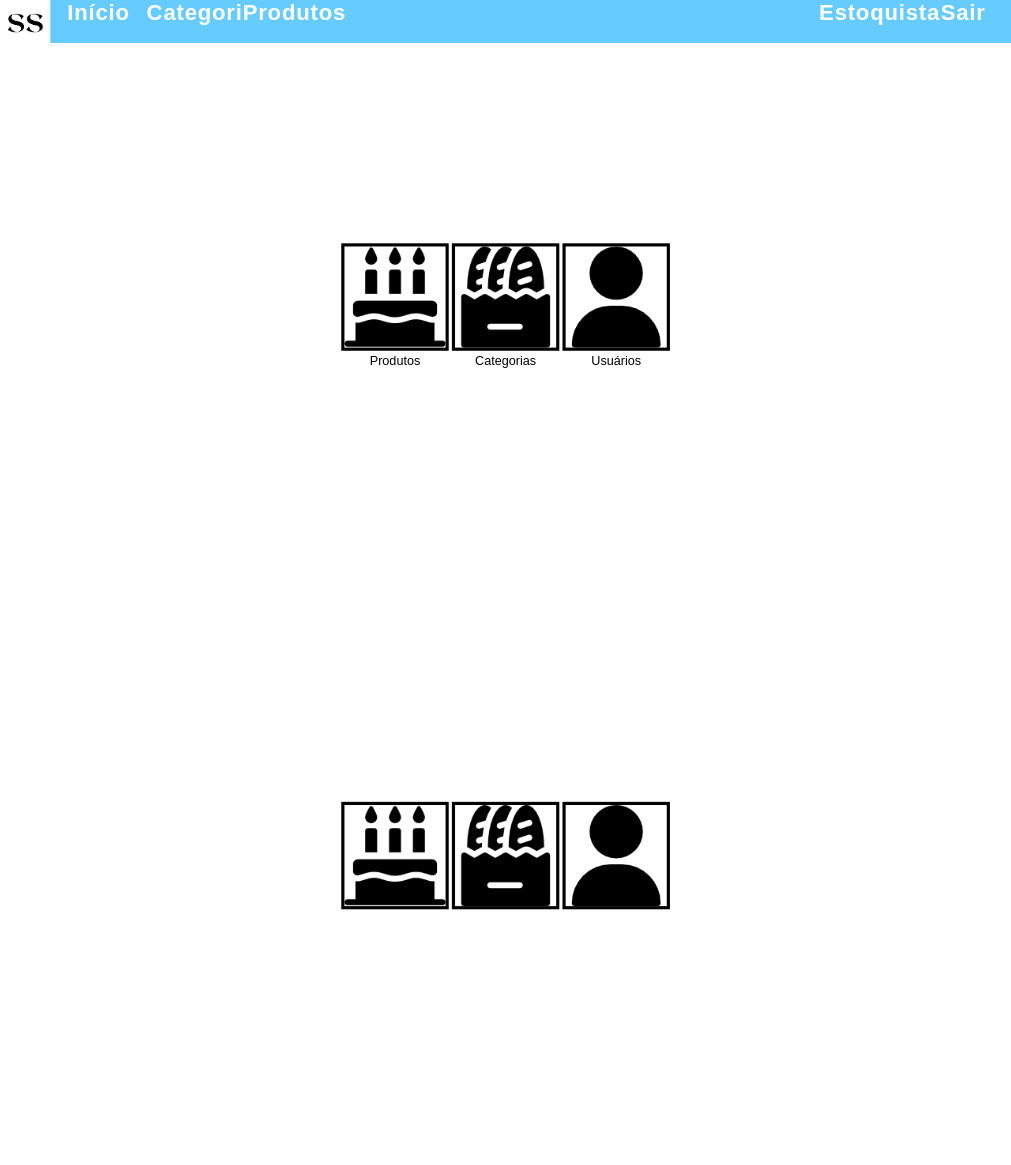
Repository: FaculdadeSenaiJoinville/PiMichelBaade
Page: ProjetoIndividual/WebContent/pages/estoquista/estoquistaInicio.html
The author's editor kept a copy of each file at every save. The page is drawn from the files as they stood at one save, then again after the next save.
The browser window is 1280 px wide. The pictures show the whole page, at 79% of full size.

Above is the page before, as saved 2021-08-19 00:58:15.

### ProjetoIndividual/WebContent/pages/estoquista/estoquistaInicio.html
<!DOCTYPE html>
<html>
<head>
<meta charset="UTF-8">
	<meta name="description" content="Site da Software dos Sonhos">
	<meta name="keywords" content="Padaria, Software, Sonhos">
	<meta name="author" content="Michel Baade">
	<meta name="viewport" content="width=device-width, initial-scale=1.0">
<title>Software dos Sonhos</title>
<link rel="stylesheet" type="text/css" href="../../css/admin.css">
<script src="https://code.jquery.com/jquery-3.6.0.min.js" integrity="sha256-/xUj+3OJU5yExlq6GSYGSHk7tPXikynS7ogEvDej/m4=" crossorigin="anonymous"></script>
<script src="../../js/estoquista.js"></script>
</head>
<body>
<header></header>



<section>
			<table class="bloco">
				<tr>
					<td><img src="../../imgs/produtos.png" alt="Logo da Software dos Sonhos"><br>
						<a>Produtos</a></td>


					<td><img src="../../imgs/categorias.png" alt="Logo da Software dos Sonhos"><br>
						<a>Categorias</a></td>

					<td><img src="../../imgs/usuarios.png"
						alt="Logo da Software dos Sonhos"><br>
						<a>Usuários</a>
						</td>

				</tr>
			</table>
</section>


<section>
<div class="cent">
<img src="../../imgs/produtos.png" alt="Logo da Software dos Sonhos">
<img src="../../imgs/categorias.png" alt="Logo da Software dos Sonhos">
<img src="../../imgs/usuarios.png" alt="Logo da Software dos Sonhos">
</div>

</section>


</body>
</html>

### ProjetoIndividual/WebContent/css/admin.css
@charset "UTF-8";

body{
	margin: 0 auto;
	font-family: "Century Gothic", sans-serif;
}

header{
	height: 55px;
	width: 100%;
	background-color: #66ccff;
	position: sticky;
	position: -webkit -sticky;
	top: 0px;
}

header img{
	float: left;
	height: 55px;
	width: 5%;
}

nav{
	clear: both;
	width: 95%;
	height: 100%;
	display: inline-block;

}

nav a{
	color: white;
	font-weight: bold;
	letter-spacing: 1px;
	text-decoration: none;
	text-align: center;
	margin: auto;
}

nav .opcao{
	float: left;
	width: 10%;
	background-color: #66ccff;
	margin: auto;
	font-size: 28px;
	height: 100%;
	text-align: center;
}

nav .opcao:hover{
	background-color: #008eb6;
}

.blococaixa{
	padding: 50px;
}
.blocoestoquista{
	padding: 50px;
}

nav .direita{
	float: right;
}

.dropdown{
	position: relative;
	display: inline-block;
}

.dropdown-content{
	display: none;
	position: absolute;
	background-color: #66ccff;
	z-index: 1;
	width: 100%;
}

.dropdown-content a{
	display: block;
}


.dropdown-content a:hover{
	background-color: 83afd3;
}

.dropdown:hover .dropdown-content{
	display: block;
}

.bloco{
	text-align: center;
	margin: 0px auto;
}
.baixo{
	padding-left: 60px;
}

section{
	clear: both;
	min-height: 460px;
	width: 100%;
	margin-top: 250px;
	text-align: center;

}

section img{
	border:4px solid #000;
}

.frmInserir, .frmFiltrar{
	margin: 0px auto;
	margin-bottom: 10px;
}


.frmInserir{
	width: 600px;
}

.frmFiltrar{
	width: 350px;
}

.frmInserir label{
	width: 200px;
}

.frmInserir input{
	width: 300px;
	padding: 2px 0;
}

.frmInserir button, .frmFiltrar{
	width: 100px;
	margin: 0 1%;
	background-color: #66ccff;
	font-weight: bold;
	font-size: 16px;
}

.frmInserir .aviso{
	background-color: #ff0000;
	color: #fff;
	font-weight: bold;
}

.listaRegistros{
	margin-bottom: 10px;
}

.listaRegistros table{
	border: 1px solid #000;
	border-collapse: collapse;
	margin: 0 auto;
	min-width: 50%;
}

.listaRegistros table th{
	text-align: center;
	font-size: 18px;
	font-weight: bold;
	color: #fff;
	padding: 0 5px;
	border: transparent;
}

.listaRegistros tr, .listaRegistros td, .listaRegistros th{
	border: 1px solid #B0C4DE;
	padding: 0px 5px;
}

.listaRegistros tr, .listaRegistros td{
	font-size: 16px;
}

.listaRegistros tr:nth-child(even){
	background-color: #b1ccf5;
}

.listaRegistros tr:nth-child(odd){
	background-color: #83afd3;
}

.listaRegistros .acoes{
	width: 70px;
}

.listaRegistros table img{
	padding: 0 5px;
	width: 20px;
	height: 20px;
	cursor: pointer;
}

### ProjetoIndividual/WebContent/js/estoquista.js
SONHOS = new Object();

$(document).ready(function() {
	SONHOS.PATH = "/ProjetoIndividual/rest/";
	$("header").load("/ProjetoIndividual/pages/estoquista/general/header.html");
	$("footer").load("/ProjetoIndividual/pages/estoquista/general/footer.html");


	SONHOS.carregaPagina = function(pagename){

		if($(".ui-dialog"))
			$(".ui-dialog").remove();

		$("section").empty();

		$("section").load(pagename+"/", function(response, status, info) {
			if(status == "error"){
				var msg = "Houve um erro ao encontrar a página: "+ info.status +" - " + info.statusText;
				$("section").html(msg);
			}
		});
	}

	SONHOS.exibirAviso = function(aviso){
		var modal = {
			title: "Mensagem",
			height: 250,
			width: 400,
			modal: true,
			buttons: {
				"OK": function(){
					$(this).dialog("close");
				}
			}
		};
		$("#modalAviso").html(aviso);
		$("#modalAviso").dialog(modal);
	};



});

SONHOS.formatarDinheiro = function(valor){
	return valor.toFixed(2).replace('.',',').replace(/(\d)(?=(\d{3})+\,)/g, "$1.");
}

### ProjetoIndividual/WebContent/pages/estoquista/general/header.html
<img src="../../imgs/logomenor.png" alt="Logo da Software dos Sonhos" id="logomenor">
<nav>
<a href="#"><div class="opcao">Início</div></a>
<a href="#"><div class="opcao">Categorias</div></a>
<a href="#"><div class="opcao">Produtos</div></a>
<a href="#"><div class="opcao direita">Sair</div></a>
<a href="#"><div class="opcao direita">Estoquista</div></a>
</nav>

After the next save:
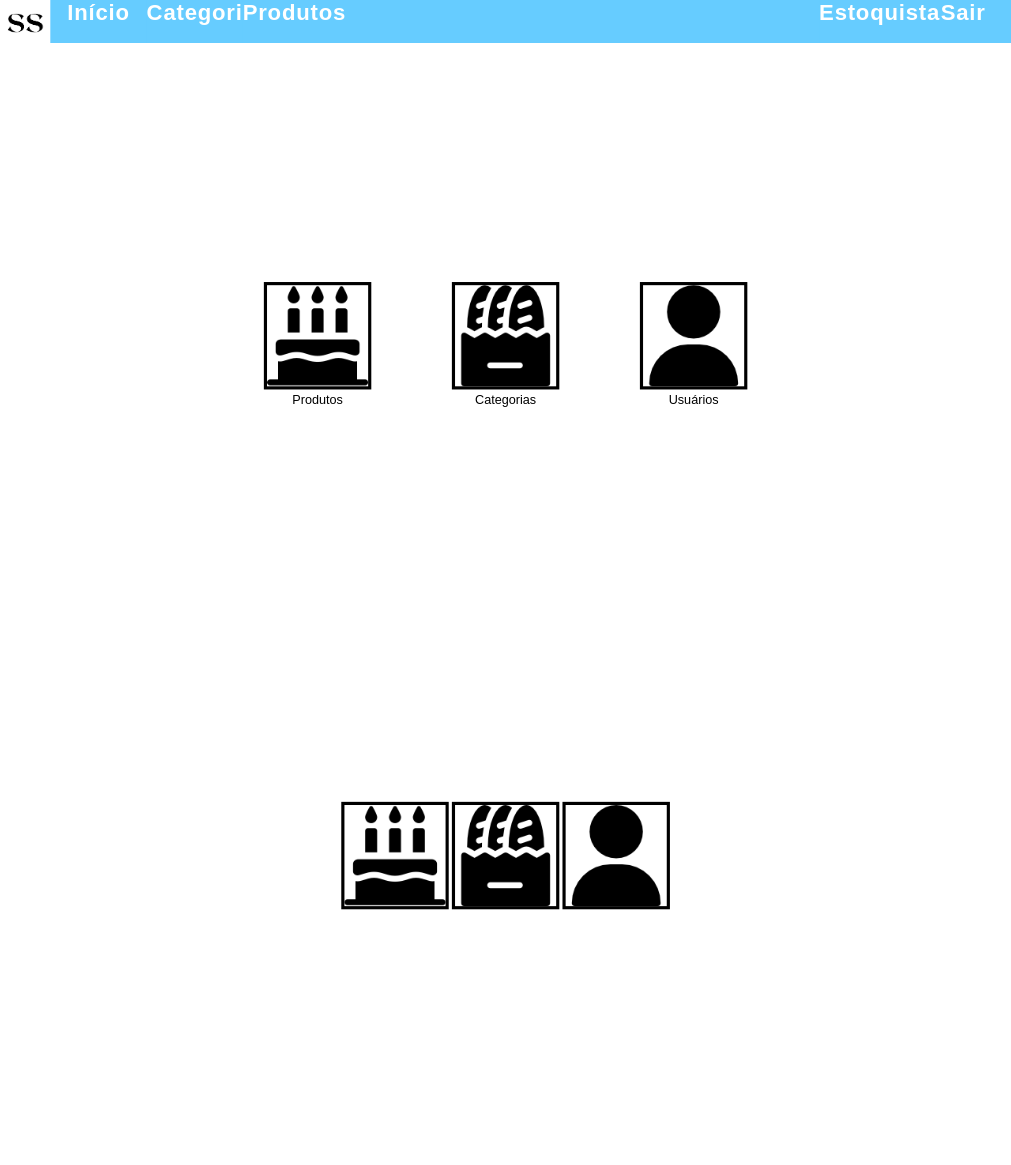
Saved 119 s later.
--- a/ProjetoIndividual/WebContent/pages/estoquista/estoquistaInicio.html
+++ b/ProjetoIndividual/WebContent/pages/estoquista/estoquistaInicio.html
@@ -19,14 +19,14 @@
 <section>
 			<table class="bloco">
 				<tr>
-					<td><img src="../../imgs/produtos.png" alt="Logo da Software dos Sonhos"><br>
+					<td class="blococaixa"><img src="../../imgs/produtos.png" alt="Logo da Software dos Sonhos"><br>
 						<a>Produtos</a></td>
 
 
-					<td><img src="../../imgs/categorias.png" alt="Logo da Software dos Sonhos"><br>
+					<td class="blococaixa"><img src="../../imgs/categorias.png" alt="Logo da Software dos Sonhos"><br>
 						<a>Categorias</a></td>
 
-					<td><img src="../../imgs/usuarios.png"
+					<td class="blococaixa"><img src="../../imgs/usuarios.png"
 						alt="Logo da Software dos Sonhos"><br>
 						<a>Usuários</a>
 						</td>
